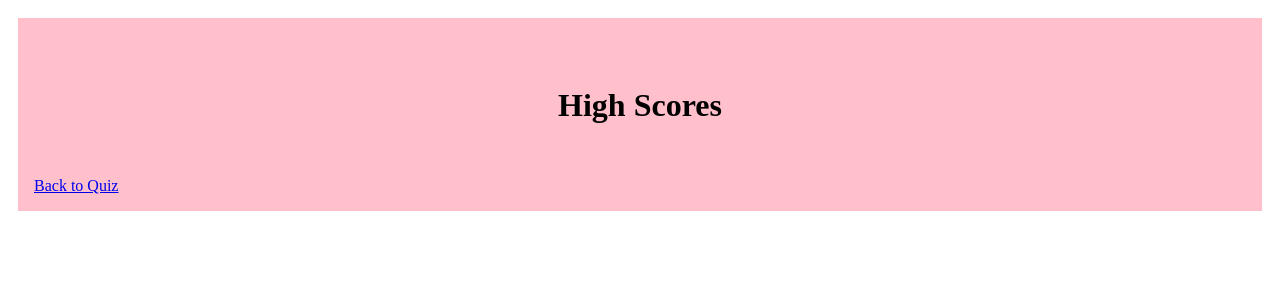
Repository: Naomilounsbury/code-quiz
Page: high-scores.html
An editor plug-in stored every save of this project. The page is shown before and after the next save, followed by the edit.
The browser window is 1280 px wide. The pictures show the whole page.

Above is the page before, as saved 2021-11-28 22:16:36.
Console error: TypeError: Cannot read properties of null (reading 'length')

### high-scores.html
<!DOCTYPE html>
<html lang="en">

<head>
    <meta charset="UTF-8">
    <meta http-equiv="X-UA-Compatible" content="IE=edge">
    <meta name="viewport" content="width=device-width, initial-scale=1.0">
    <title>high-scores</title>
    <link rel="stylesheet" href="./assets/css/styles.css">
</head>

<body>

    <header>
        <h1 class="title">High Scores</h1>
        <div class="go-back">
            <a href=index.html>Back to Quiz</a>
        </div>

    </header>
    <section class="listofscores"></section>
    <script src="assets/js/highscores.js"></script>
</body>

</html>

### assets/css/styles.css
*{
    box-sizing: border-box;
    align-content: center;
}
header {
    margin: 10px;
    padding: 16px;
    text-decoration-color: black;
    background-color: pink;


}
.high-scores{
    text-align: left;
}
.time{
    text-align: right;
}
h1{
    height: 100px;
    text-align: center;

}
.intro{
    align-content: center;
    text-align: center;
}
.question{
    align-content: center;
    justify-items: center;
    text-align: center;

}
button{
    display: flex;
    flex-wrap: wrap;
    position: relative;
    margin: 10px 0 5px 0;
    justify-content: center;
    padding: 16px;

}
.btn{
    align-content: center;
}

### assets/js/highscores.js
//so I went and selected for the html element
var list = document.querySelector(".listofscores")
//then i pulled the scored out of local storage
var highScores = localStorage.getItem("highScores")
highScores = JSON.parse(highScores)
//then I had to create elements on the page otherwise they wouldn't show up
//The only problem I'm having right now is that the last score is missing
for (var i = 0; i < highScores.length - 1; i++) {
    if (highScores !== null) {
        var listScores = document.createElement("li");
        listScores.textContent = highScores[i].initials + " " + highScores[i].score
        list.appendChild(listScores)

    }
}

After the next save:
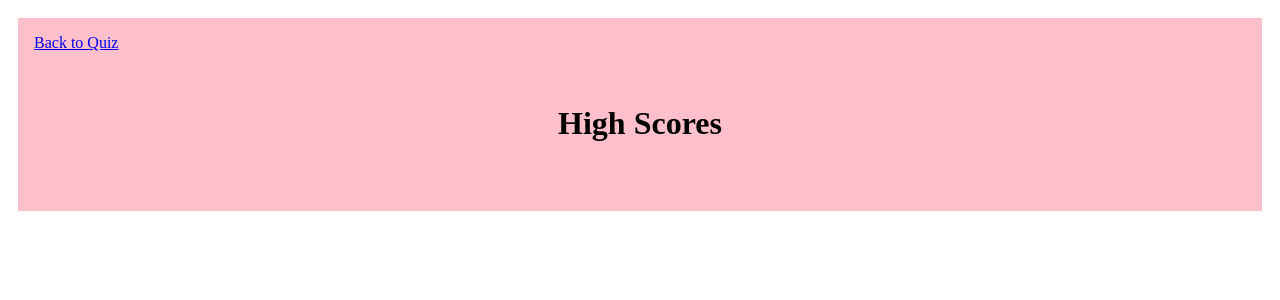
Saved 95 s later.
--- a/high-scores.html
+++ b/high-scores.html
@@ -12,10 +12,11 @@
 <body>
 
     <header>
-        <h1 class="title">High Scores</h1>
         <div class="go-back">
             <a href=index.html>Back to Quiz</a>
         </div>
+        <h1 class="title">High Scores</h1>
+
 
     </header>
     <section class="listofscores"></section>
